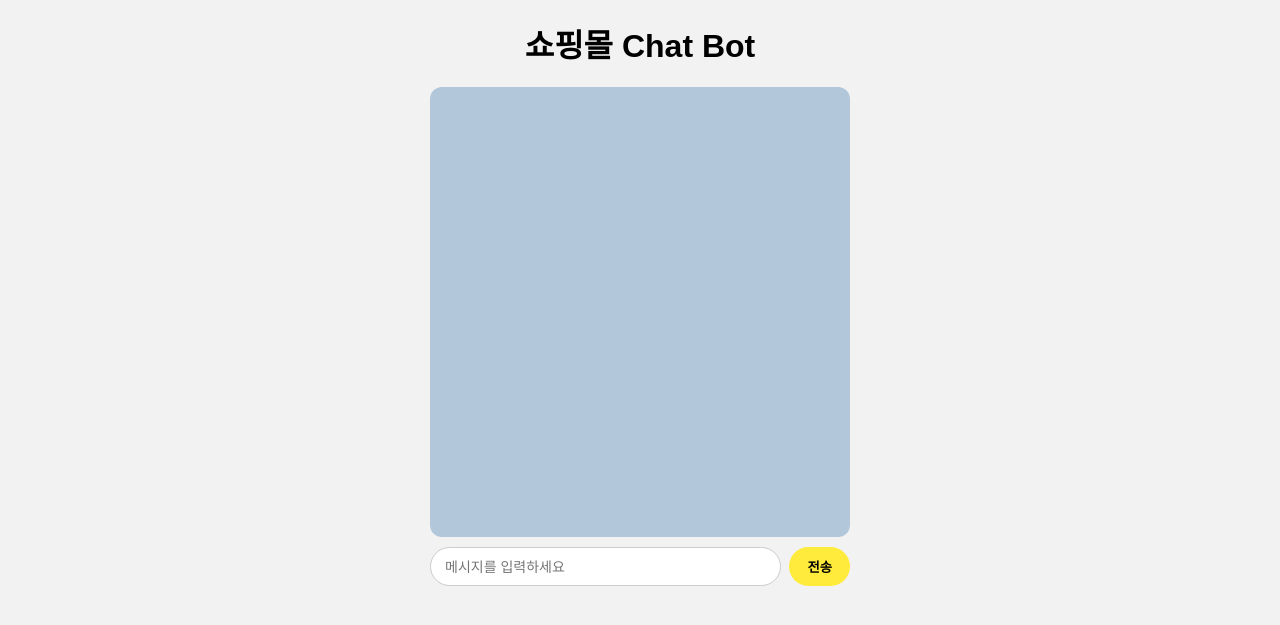
Repository: snowballnote/springai
Page: openai0113/src/main/resources/static/chat.html
An editor plug-in stored every save of this project. The page is shown before and after the next save, followed by the edit.
The browser window is 1280 px wide. The pictures show the whole page.

Above is the page before, as saved 2026-01-14 05:54:56.

### openai0113/src/main/resources/static/chat.html
<!DOCTYPE html>
<html>
<head>
<meta charset="UTF-8">
<title>쇼핑몰 Chat Bot</title>
<script src="https://ajax.googleapis.com/ajax/libs/jquery/3.7.1/jquery.min.js"></script>

<style>
    body {
        margin: 0;
        padding: 0;
        font-family: Arial, sans-serif;
        background-color: #f2f2f2;
    }

    h1 {
        text-align: center;
        margin-top: 20px;
    }

    .chat-wrapper {
        width: 420px;
        margin: 20px auto;
    }

    #chatBox {
        height: 450px;
        background-color: #b2c7da;
        padding: 15px;
        overflow-y: auto;
        border-radius: 12px;
        box-sizing: border-box;
    }

    .chat {
        max-width: 70%;
        padding: 10px 14px;
        border-radius: 18px;
        margin-bottom: 12px;
        line-height: 1.4;
        word-break: break-word;
        clear: both;
    }

    .YOU {
        background-color: #fff48f;
        float: right;
        border-bottom-right-radius: 4px;
    }

    .AI {
        background-color: #ffffff;
        float: left;
        border-bottom-left-radius: 4px;
    }

    .input-area {
        display: flex;
        margin-top: 10px;
        gap: 8px;
    }

    #userMessage {
        flex: 1;
        padding: 10px 14px;
        border-radius: 20px;
        border: 1px solid #ccc;
        outline: none;
        font-size: 14px;
    }

    #sendBtn {
        padding: 10px 18px;
        border-radius: 20px;
        border: none;
        background-color: #ffeb3b;
        font-weight: bold;
        cursor: pointer;
    }
</style>
</head>

<body>
<h1>쇼핑몰 Chat Bot</h1>

<div class="chat-wrapper">
    <div id="chatBox"></div>

    <div class="input-area">
        <input type="text" id="userMessage" placeholder="메시지를 입력하세요">
        <button type="button" id="sendBtn">전송</button>
    </div>
</div>

<script>
    $("#sendBtn").click(sendMessage);

    $("#userMessage").keydown(function(e) {
        if (e.key === "Enter" && !e.shiftKey) {
            e.preventDefault();
            sendMessage();
        }
    });

    function sendMessage() {
        if ($("#userMessage").val().trim() === "") {
            alert("메세지를 입력하세요");
            return;
        }

        const chatMessageRequest = {
            userId: "user10",
            userMessage: $("#userMessage").val().trim()
        };
        $("#chatBox").append(
        	   `<div class="chat YOU">${$("#userMessage").val()}</div>`
        );

        $("#chatBox").scrollTop($("#chatBox")[0].scrollHeight);

        $.ajax({
            url: "http://localhost:8080/chatMessage",
            type: "POST",
            contentType: "application/json",
            data: JSON.stringify(chatMessageRequest),
            success: function(data) {
                data.forEach(function(item) {
                    $("#chatBox").append(
                        `<div class="chat ${item.who}">${item.message}</div>`
                    );
                });

                // 항상 최신 메시지로 스크롤
                $("#chatBox").scrollTop($("#chatBox")[0].scrollHeight);
            },
            error: function(err) {
                alert("실패: " + err);
            }
        });

        $("#userMessage").val("");
    }
</script>

</body>
</html>

After the next save:
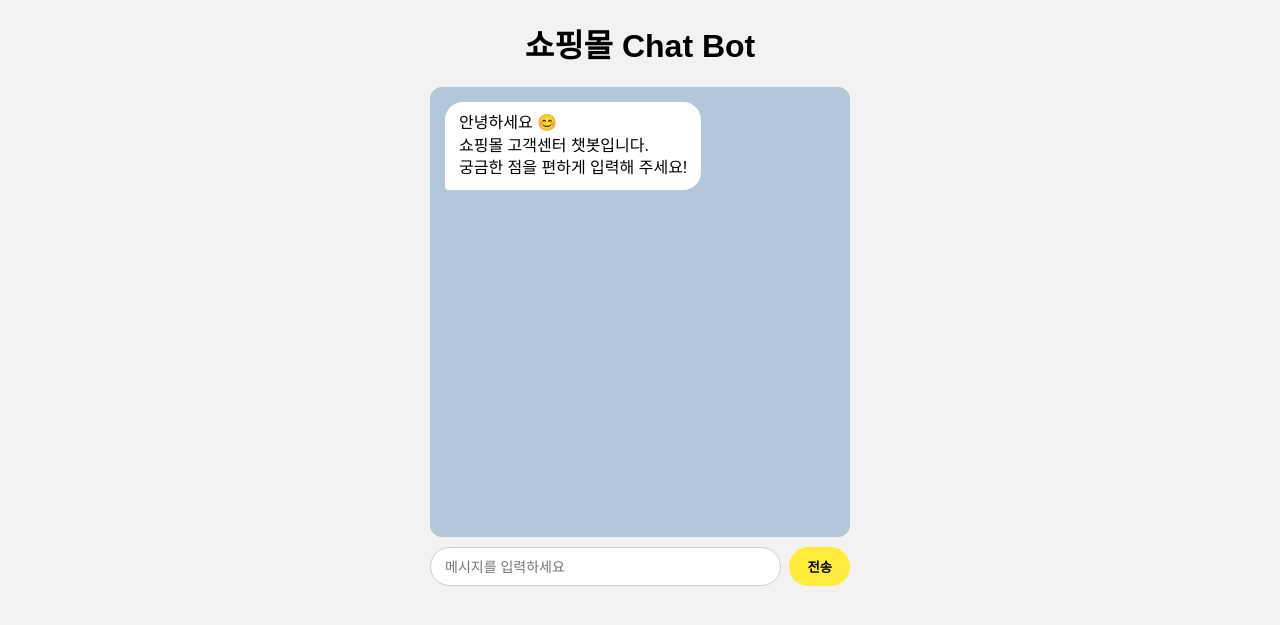
Saved 34 s later.
--- a/openai0113/src/main/resources/static/chat.html
+++ b/openai0113/src/main/resources/static/chat.html
@@ -140,6 +140,15 @@
 
         $("#userMessage").val("");
     }
+    $(function () {
+        $("#chatBox").append(`
+            <div class="chat AI">
+                안녕하세요 😊<br>
+                쇼핑몰 고객센터 챗봇입니다.<br>
+                궁금한 점을 편하게 입력해 주세요!
+            </div>
+        `);
+    });
 </script>
 
 </body>
